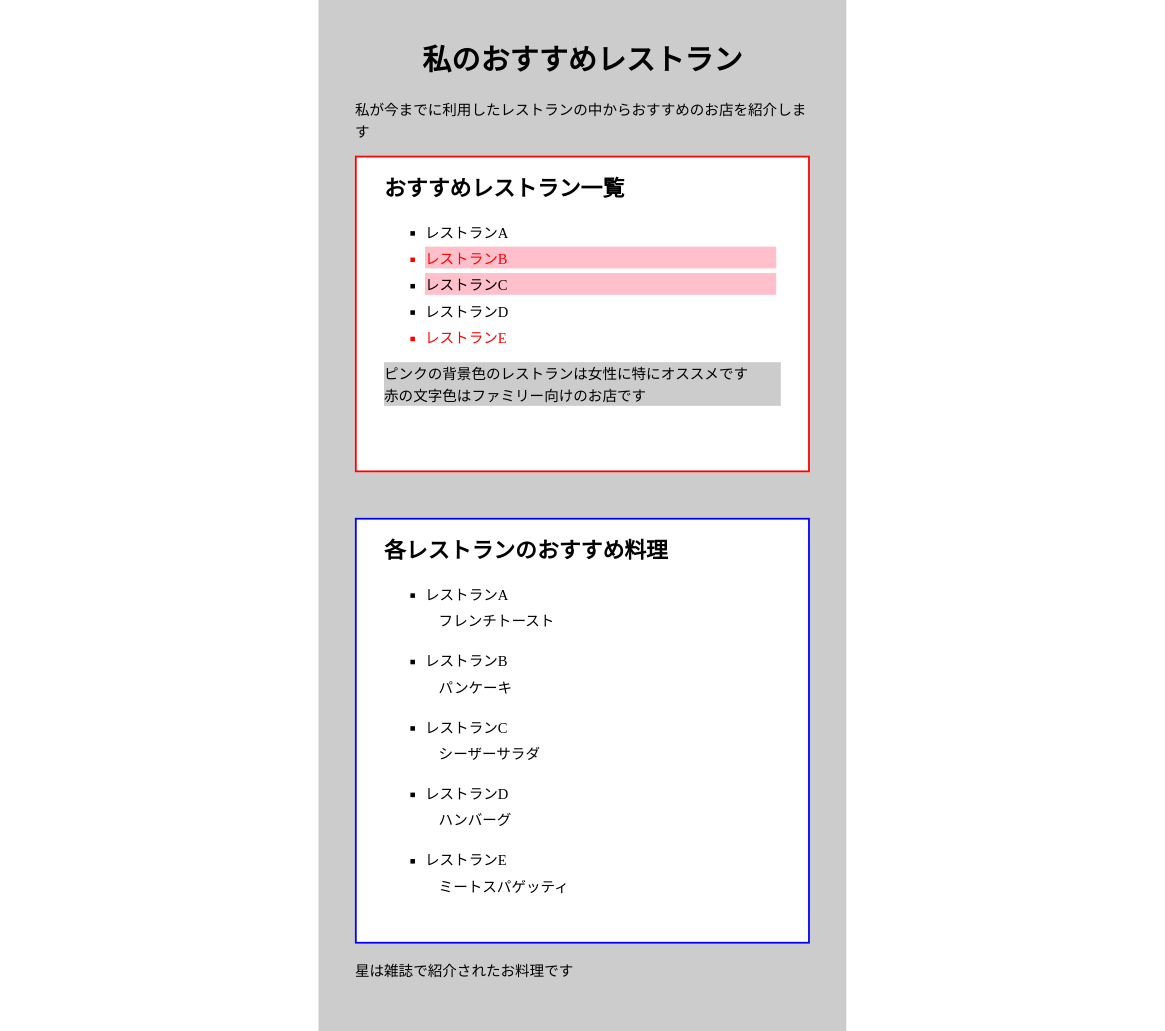
Repository: tsubasa2/restaurant
Page: 2021.2.html
The author's editor kept a record of every edit. The page is drawn from the files as they stood at one moment, then again after the next edit.
The browser window is 1280 px wide. The pictures show the whole page, at 91% of full size.

Above is the page before.

### 2021.2.html
<!DOCTYPE html>
<html lang="ja">
    <head>
        <meta charset="UTF-8">
        <title>私のおすすめレストラン</title>
        <link rel="stylesheet" href="style.css">
    </head>
    <body>
        <div id="wrapper">
            <h1>私のおすすめレストラン</h1>
            <p>私が今までに利用したレストランの中からおすすめのお店を紹介します</p>
            <div id="restraunt-list">
                <h2>おすすめレストラン一覧</h2>
                <ul>
                    <li>レストランA</li>
                    <li class="red bg-pink">レストランB</li>
                    <li class="bg-pink">レストランC</li>
                    <li>レストランD</li>
                    <li class="red">レストランE</li>
                </ul>
                <div id="layout">
                    <p id="layout1">ピンクの背景色のレストランは女性に特にオススメです</p>
                    <p id="layout2">赤の文字色はファミリー向けのお店です</p>
                </div>
            </div>
            <div id="food-list">
                <h2>各レストランのおすすめ料理</h2>
                <div id="food">
                <ul>
                    <li>レストランA</li>
                    <p id="food1">フレンチトースト</p>
                    <li>レストランB</li>
                    <p id="food2">パンケーキ</p>
                    <li>レストランC</li>
                    <p id="food3">シーザーサラダ</p>
                    <li>レストランD</li>
                    <p id="food4">ハンバーグ</p>
                    <li>レストランE</li>
                    <p id="food5">ミートスパゲッティ</p>
                </ul>
                </div>
            </div>
            <div id="sentence">
                <p id="sentence">星は雑誌で紹介されたお料理です</p>
            </div>
        </div>
    </body>
</html>

### style.css
@charset "utf-8";
body {
    /*background-color: black;*/
    height: 100vh;
    margin: 0;
}

div#wrapper {
    background-color: #ccc;
    width: 500px;
    margin: 0 auto;
    padding: 40px;
}

h1 {
    margin-top: 0px;
    text-align: center;
}

div#restraunt-list {
    border: solid 2px red;
    height: 300px;
    background-color: white;
    padding: 30px;
    padding-top: 14px;
}

h2 {
    margin-top: 0;
}

ul {
    list-style-type: square;
}

.red{
    color: red;
}
.bg-pink{
    background-color: pink;
}

li {
    margin: 5px;
}
p#layout1 {
    margin: 0;
    background-color: #ccc;
}


p#layout2 {
    margin: 0;
    background-color: #ccc;
}

div#food-list {
    margin-top: 50px;
    border: solid 2px blue;
    background-color: white;
    padding: 30px;
    padding-top: 14px;
}

p#food1 {
    margin: 0px;
    margin-bottom: 20px;
    position: relative;
    left: 20px;
}

p#food2 {
    margin: 0px;
    margin-bottom: 20px;
    position: relative;
    left: 20px;
}

p#food3 {
    margin: 0px;
    margin-bottom: 20px;
    position: relative;
    left: 20px;
}

p#food4 {
    margin: 0px;
    margin-bottom: 20px;
    position: relative;
    left: 20px;
}

p#food5 {
    margin: 0px;
    margin-bottom: 20px;
    position: relative;
    left: 20px;
}

After the next edit:
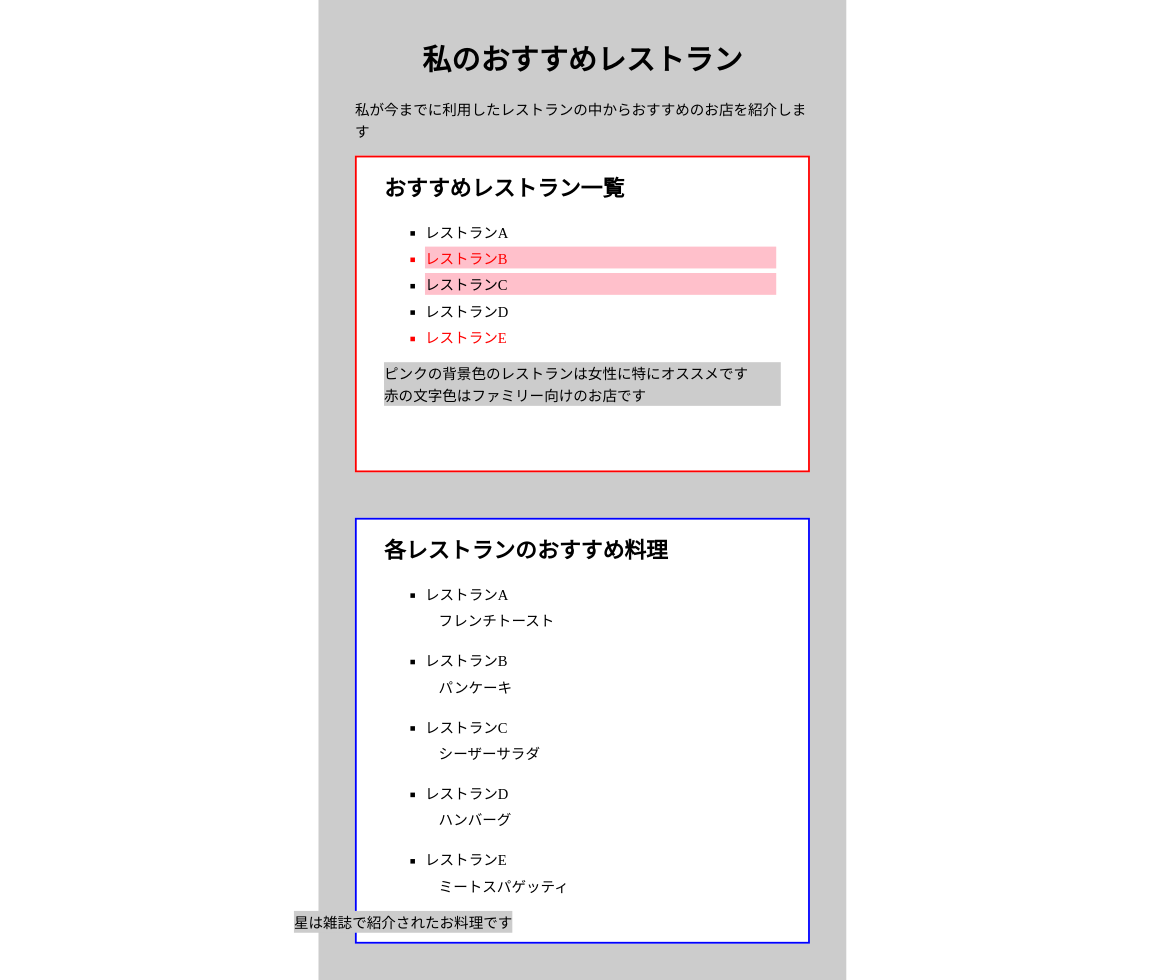
The edit:
--- a/style.css
+++ b/style.css
@@ -96,3 +96,11 @@
     position: relative;
     left: 20px;
 }
+
+
+p#sentence {
+    background-color: #ccc;
+    position: absolute;
+    left: 323px;
+    top: 985px;
+}
